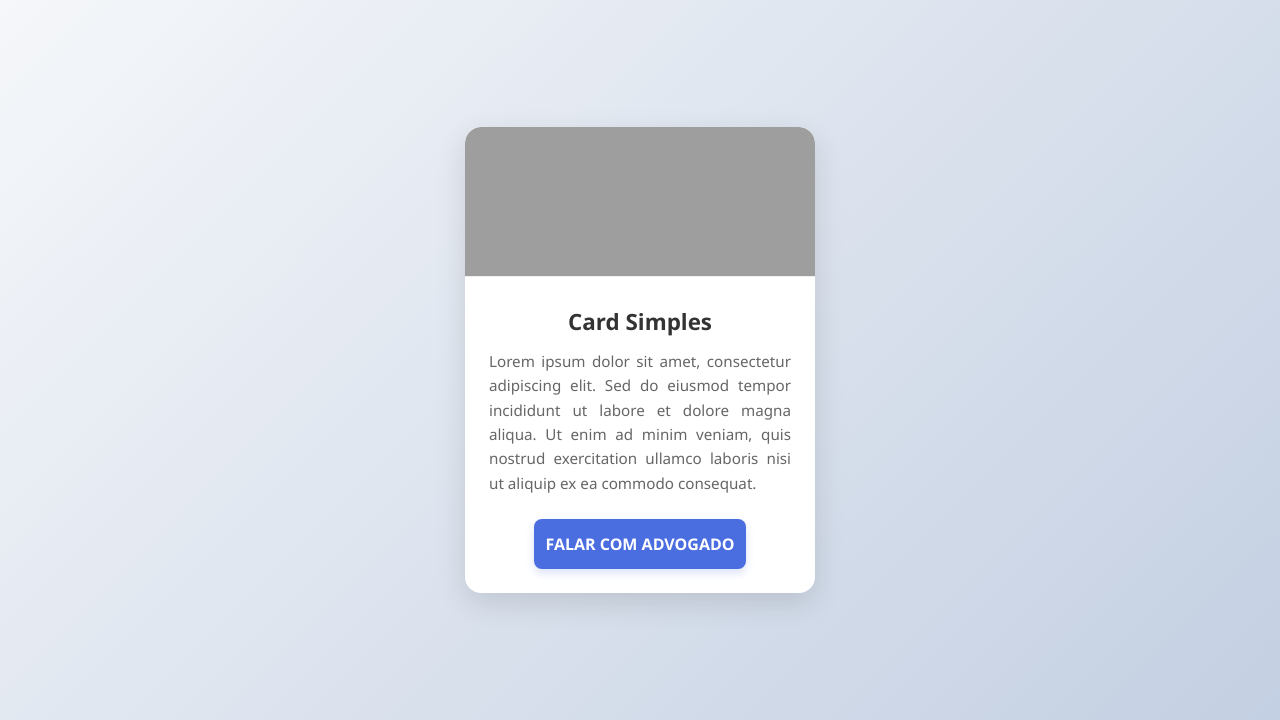
Repository: EmanuelVieiira/landing-page-advocacia
Page: teste.html
The author's editor kept a copy of each file at every save. The page is drawn from the files as they stood at one save, then again after the next save.
The browser window is 1280 px wide. The pictures show the whole page.
Pictures or frames that could not be fetched are drawn as grey boxes.

Above is the page before, as saved 2026-02-04 22:08:53.

After the next save:
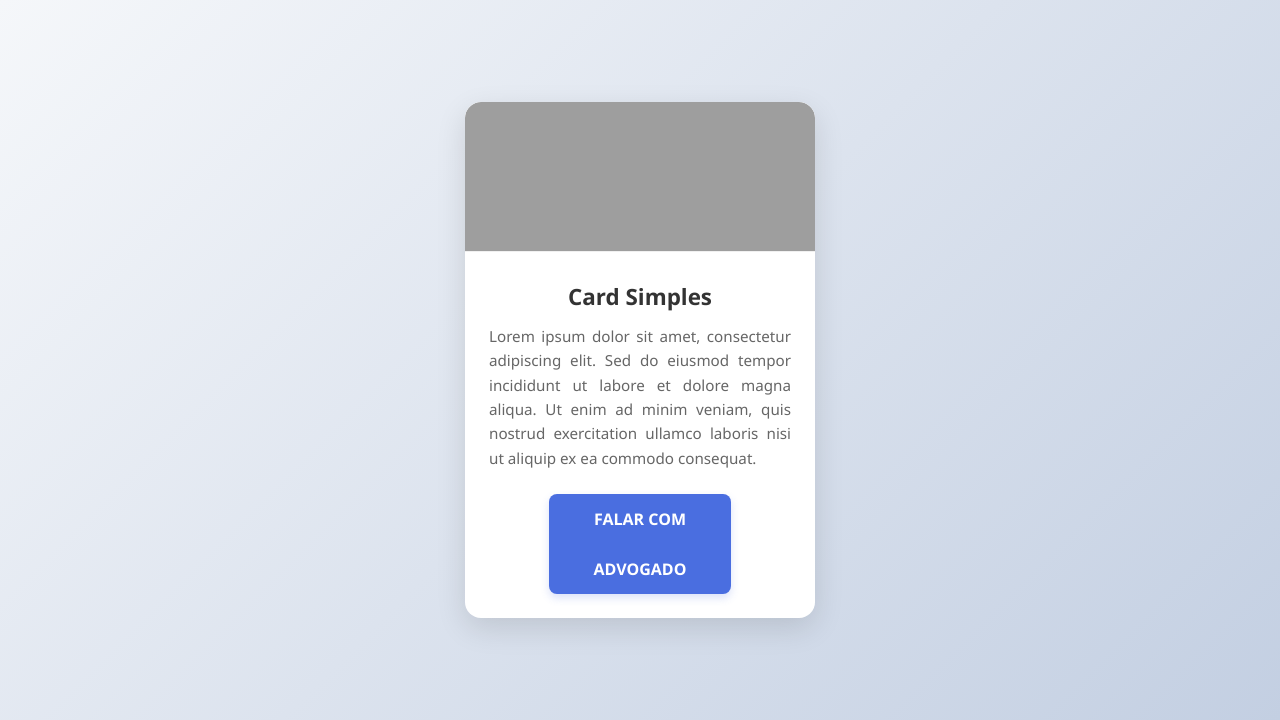
Saved 22 s later.
--- a/teste.html
+++ b/teste.html
@@ -68,7 +68,7 @@
         /* BOTÃO CORRIGIDO - sem Font Awesome */
         .card-button {
             display: inline-block; /* Alterado de inline-flex para inline-block */
-            width: 70%; /* Alterado de 70% para 100% */
+            width: 60%; /* Alterado de 70% para 100% */
             height: 10%; /* Alterado de 20% para valor fixo */
             background-color: #4a6ee0;
             color: white;

After the save that followed:
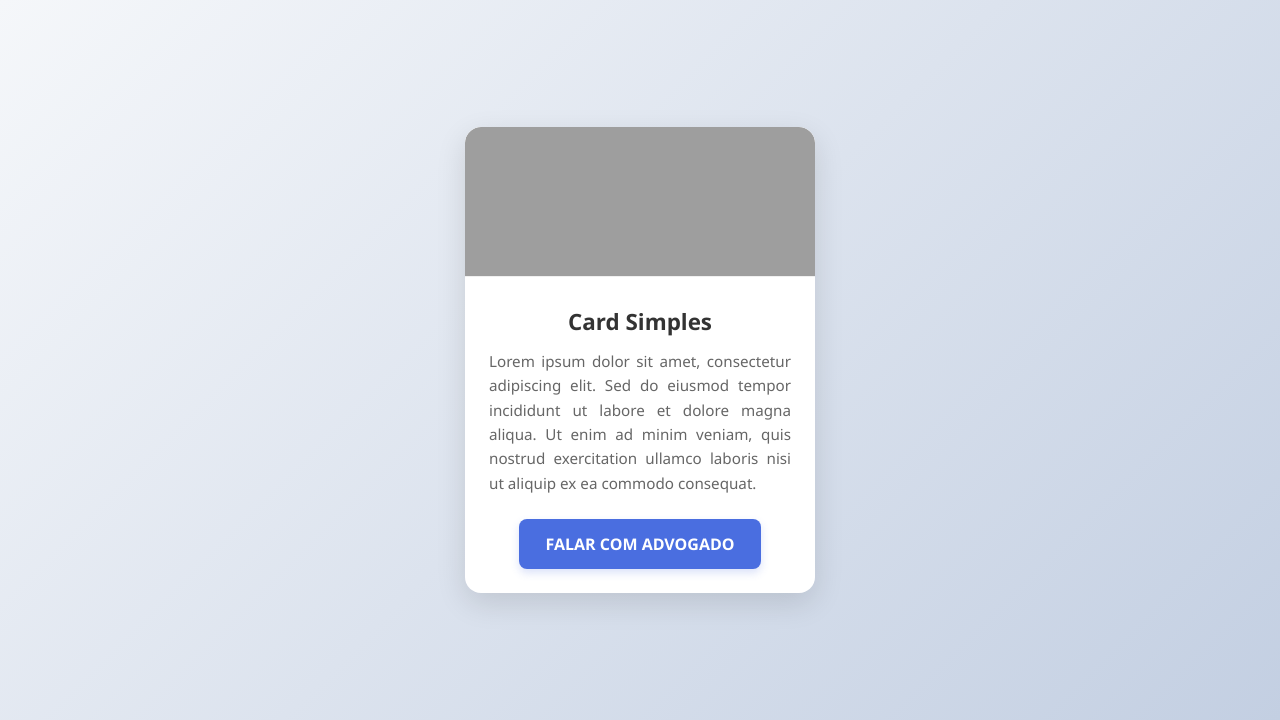
Saved 7 s later.
--- a/teste.html
+++ b/teste.html
@@ -68,7 +68,7 @@
         /* BOTÃO CORRIGIDO - sem Font Awesome */
         .card-button {
             display: inline-block; /* Alterado de inline-flex para inline-block */
-            width: 60%; /* Alterado de 70% para 100% */
+            width: 80%; /* Alterado de 70% para 100% */
             height: 10%; /* Alterado de 20% para valor fixo */
             background-color: #4a6ee0;
             color: white;
